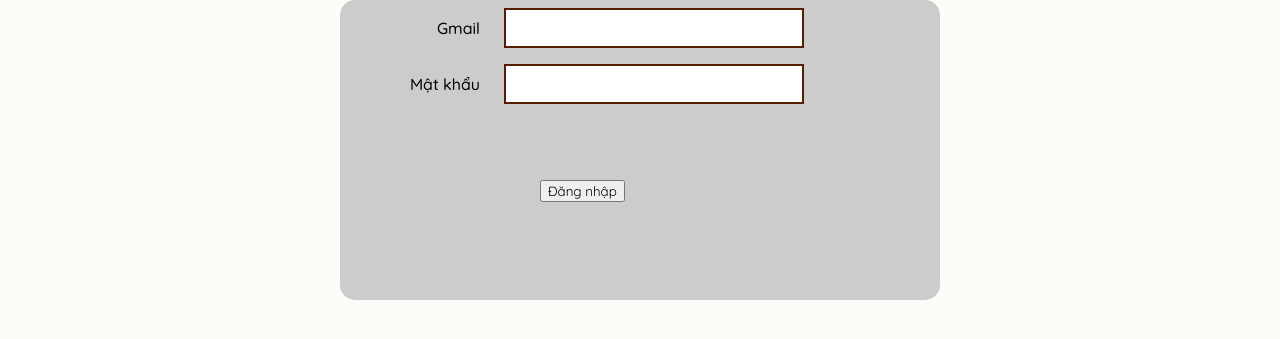
Repository: nganha241/store
Page: register.html
An editor plug-in stored every save of this project. The page is shown before and after the next save, followed by the edit.
The browser window is 1280 px wide. The pictures show the whole page.

Above is the page before, as saved 2022-04-23 08:30:36.

### register.html
<!DOCTYPE html>
<html lang="en">
  <head>
    <meta charset="UTF-8" />
    <meta http-equiv="X-UA-Compatible" content="IE=edge" />
    <meta name="viewport" content="width=device-width, initial-scale=1.0" />
    <title>Document</title>
    <link rel="stylesheet" href="style.css" />
  </head>
  <body>
    <div class="container">
      <div class="register">
        <form>
          <div>
            <label>Gmail</label>
            <input type="text" />
          </div>
          <div>
            <label>Mật khẩu</label>
            <input type="text" />
          </div>
          <button type="submit">Đăng nhập</button>
        </form>
      </div>
    </div>
  </body>
</html>

### style.css
@import url('https://fonts.googleapis.com/css2?family=Quicksand:wght@300;400;500;600;700&family=Space+Grotesk:wght@300;400&display=swap');

* {
    font-family: 'Quicksand', sans-serif;
    box-sizing: border-box;
}

body {
    background: #fdfcf9;
    position: relative;
    height: auto;
    padding: 0;
    margin: 0;
}

a {
    text-decoration: none;
}

li {
    list-style: none;
}

.header {
    padding: 40px 80px;
}

.header .tools {
    display: flex;
    justify-content: flex-end;
    gap: 15px;
    height: 50px;
}

.header .tools .notification,
.header .tools .account,
.header .tools .cart {
    cursor: pointer;
}

.header .tools .fa-solid {
    font-size: 22px;
    color: #ae582d;
}

.header .tools .cart {
    position: relative;
}

.header .tools .cart .cart-info {
    position: absolute;
    background: #af7355;
    right: -20px;
    top: 30px;
    z-index: 1;
    padding: 20px;
    color: #fff;
    display: none;
    border-radius: 15px;
    animation: dropdown 0.4s ease;
}

.header .tools .cart:hover .cart-info {
    display: block;
}

.header .tools .cart .cart-info .cart-card {
    width: 400px;
    height: 50px;
    margin-top: 10px;
    display: flex;
    justify-content: space-between;
    transition: 0.4s;
}

.header .tools .cart .cart-info .cart-card:hover {
    background:rgba(255, 255, 255, 0.4);
    transition: 0.4s;
}

.header .tools .cart .cart-info .cart-card .cart-card-img img {
    width: 100%;
    height: 100%;
    object-fit: cover;
}

.header .tools .cart .cart-info .cart-card .cart-pro-name {
    text-overflow: ellipsis;
    white-space: nowrap;
    overflow: hidden;
   width: 250px;
}

.header .tools .cart .cart-info .cart-card-footer {
    display: flex;
    justify-content: space-between;
    margin-top: 10px;
}

.header .tools .cart .cart-info .cart-card-footer>p {
    cursor: auto;
}

.header .tools .cart .cart-info .cart-card-footer>button {
    margin-top: 5px;
    height: 35px;
    border-radius: 5px;
    border: 0;
    font-size: 16px;
    font-weight: 500;
    cursor: pointer;
    transition: 0.4s;
}

.header .tools .cart .cart-info .cart-card-footer>button:hover {
    background: rgba(255, 255, 255, 0.7);
}

.header .tools .account span .fa-solid{
    font-size: 18px;
    color: #111;
    margin-left: 10px;
    margin-right: 15px;
}

.header .tools .account:hover .fa-solid{
    color: #ae582d;
}

.header .tools .account {
    position: relative;
}

.header .tools .account span {
    font-weight: 600;
}

.header .tools .account .acc-info {
    width: 180px;
    position: absolute;
    height: auto;
    background: #af7355;
    text-align: left;
    top: 15px;
    left: -30px;
    display: none;
    animation: dropdown 0.4s ease;
    z-index: 1;
    border-radius: 15px;
}

.header .tools .account:hover .acc-info{
    display: block;
}

.header .tools .account .acc-info li {
    padding: 10px 0;
    color: #fff;
    margin-left: -13px;
    transition: .4s;
}

.header .tools .account .acc-info li:hover {
    transform: scale(1.1);
}

.header hr {
    background: #48503c;
    margin-top: -20px;
}

.header nav {
    display: flex;
    width: 100%;
}

.header nav .logo {
    width: 50%;
    padding-top: 20px;
}

.header nav .logo a{
    font-family: 'Space Grotesk', sans-serif;
    font-size: 30px;
    color: #48503c;
    font-weight: 100;

}

.header nav .logo a:hover {
    color: #111;
}

.header nav .menu {
    display: flex;
    gap: 15px;
    padding-top: 7px;
    justify-content: flex-end;
    width: 50%;
}

.header nav .menu>li {
    float: left;
    font-size: 18px;
    position: relative;
    height: 50px;
}

.header nav .menu>li::before {
    content: "";
    position: absolute;
    width: 90%;
    height: 3px;
    top: 30px;
    right: -3px;
    background-color: #551e02;
    opacity: 0;
    transition: 0.6s;
}

.header nav .menu>li:hover::before{
    opacity: 1;
    transition: 0.6s;
}

.header nav .menu>li>a {
    color: #48503c;
    display: block;
    padding: 6px 0px 0px 15px;
}

.header nav .menu>li:hover>a {
    color: #111;
}

.header nav .menu>li .menu-child {
    margin-top: 10px;
    margin-left: -50px;
    width: 180px;
    padding-top: 10px;
    padding-bottom: 15px;
    background: #af7355;
    border-radius: 15px;
    text-align: left;
    position: absolute;
    display: none;
    animation: dropdown .3s ease;
    z-index: 1;
}

.header nav .menu>li:hover .menu-child{
    display: block;
}

.header nav .menu>li .menu-child>li {
    margin-top: 10px;
}

.header nav .menu>li .menu-child>li>a {
    transition: 0.4s;
    color: #fff;
}

.header nav .menu>li .menu-child>li:hover>a{
    display: inline;
    text-decoration: underline;
    transition: 0.4s;
}

@keyframes dropdown {
    0% {
        opacity: 0;
        transform: translateY(18px);
    }
    100% {
        opacity: 1;
        transform: none;
    }
}

.header .banner {
    width: 100%;
    height: 600px;
    display: flex;
    align-items: center;
    margin-top: 30px;
    position: relative;
}

.header .banner .slogan {
    width: 50%;
    padding-left: 60px;
    padding-right: 20px;
}

.header .banner .slogan h4 {
    color: #ae582d;
    font-family: 'Space Grotesk', sans-serif;
    font-size: 60px;
    font-weight: 200;
}

.header .banner .slogan p {
    font-size: 20px;
    color: #515a54;
    margin-top: -50px;
}

.header .banner .img-banner{
    width: 50%;
    height: 100%;
}

.header .banner .img-banner img {
    width: 100%;
    height: 100%;
    object-fit: cover;
    border-top-left-radius: 100px;
    border-bottom-right-radius: 100px;
    transition: all 0.5s ease;
}

.section {
    height: auto;
    margin-top: 100px;
    padding: 0 80px;
}

.section .into-title {
    margin-top: 100px;
    text-align: center;
}

.section .into-title h1 {
    font-family: 'Space Grotesk', sans-serif;
    font-size: 50px;
}

.section .intro {
    display: flex;
    flex-wrap: wrap;
    justify-content: space-between;
    margin-bottom: 100px;
    margin-top: 80px;
    gap: 10px;
}

.section .intro .intro-card .intro-img {
    width: 200px;
    height: 200px;
}

.section .intro .intro-card .intro-img img {
    width: 100%;
    height: 100%;
    border-radius: 50%;
}

.section .title{
    height: auto;
    width: 200px;
    background: #f4e9c7;
    text-align: center;
    margin-bottom: -15px;
}

.section .title h2 a{
    font-size: 30px;
    color: #48503c;
    font-weight: 200;
}

.products {
    display: flex;
    flex-wrap: wrap;
    justify-content: space-between;
    row-gap: 30px;
    padding: 30px 10px;
    background: rgb(244, 239, 239);
}

.products .card {
    width: 250px;
    height: 400px;
    background: #fdfcf9;
    cursor: pointer;
    transition: 0.4s;
    position: relative;
}

.products .card:hover {
    transform: scale(1.1 , 1.1);
    background: rgba(255, 255, 255, 0.4);
}

.products .card .pro-img {
    height: 330px;
}

.products .card .pro-img img{
    width: 100%;
    height: 100%;
    object-fit: cover;
}

.products .card .pro-sale-tag {
    position: absolute;
    top: -10px;
    left: -5px;
    background: #ae582d;
    width: 70px;
    height: 35px;
    font-size: 25px;
    color: #fff;
    font-weight: 500;
}

.products .card .pro-sale-tag::before{
    content: "";
    width: 5px;
    height: 6px;
    background-color: #551e02;
    position: absolute;
    left: 0px;
    top: 34.5px;
    clip-path: polygon(0 0, 100% 0, 100% 100%);
}

.products .card .pro-new-tag {
    position: absolute;
    top: 0;
    right: 5px;
    background: #af7355;
    width: 50px;
    height: 40px;
    font-size: 20px;
    color: #fff;
    font-weight: 500;
    clip-path: polygon(0 75%, 0 0, 100% 0, 100% 75%, 50% 100%);
}

.products .card .pro-name {
    font-size: 18px;
    text-overflow: ellipsis;
    white-space: nowrap;
    overflow: hidden;
}

 .products .card .pro-price {
    font-size: 15px;
}

 .products .card .add-cart {
    margin-top: -220px;
}

.products .card .add-cart button{
    opacity: 0;
    height: 40px;
    background: #af7355;
    border: 0;
    cursor: pointer;
    transition: 0.4s;
    color: #fff;
    margin-left: 85px;
}

.products .card:hover .add-cart button {
    transition: 0.4s;
    opacity: 1;
}

.products .card .add-cart button:hover {
    transform: scale(1.1);
    background: #ae582d;
}

.about-us {
    margin-top: 100px;
}

.about-img {
    height: 400px;
}

.about-img img{
    width: 100%;
    height: 100%;
    object-fit: cover;
}

.about-us .about-text {
    padding: 40px 140px;
    text-align: center;
    color: #515a54;
}

.about-us .about-text h5 {
    font-size: 20px;
    font-weight: 500;
}

.about-us .about-text p {
    line-height: 1.6;
    font-size: 15px;
}

.section .featured {
    height: auto;
    margin-top: 100px;
    position: relative;
}

.section .featured .list-slider {
    background: rgb(244, 239, 239);
}

.section .featured .list-slider .slide {
    display: none;
}

.section .featured .list-slider .slide.show {
    display: block;
    transition: 0.4s;
}

.section .featured .list-slider .slide .fade {
    height: 400px;
    display: flex;
    /* gap: 30px; */
    justify-content: space-between;

}

.section .featured .list-slider .slide .fade .featured-img {
    width: 60%;
}

.section .featured .list-slider .slide .fade .featured-img img{
    height: 100%;
    width: 100%;
    object-fit: cover;
    transition: 0.5s;
}

.section .featured .list-slider .slide:hover .fade .featured-img img{
    transform: translate(0, -42px);
}

.section .featured .list-slider .slide .fade .featured-more {
    text-align: center;
    padding-top: 150px;
    line-height: 1.8;
}

.section .featured .list-slider .slide .fade .featured-more .featured-name {
    font-size: 25px;
    text-overflow: ellipsis;
    white-space: nowrap;
    overflow: hidden;
    width:250px;
    transition: 0.4s;
}

.section .featured .list-slider .slide .fade .featured-more .featured-price {
    font-size: 18px;

}

.section .featured .list-slider .slide .fade .featured-more .featured-sold {
    font-size: 18px;
}

.section .featured .list-slider .slide .fade .featured-more .featured-sold span {
    margin-left: 10px;
}

.section .featured .list-slider .slide .fade .featured-choose {
    height: 400px;
    width: 60px;
    background: #ae582d;
    opacity: 0;
    transition: 0.4s;
    writing-mode: vertical-rl;
    text-orientation: mixed;
    text-align: center;
    font-size: 30px;
    color: #fff;
    cursor: pointer;
    padding-right: 10px;
}

.section .featured .list-slider .slide .fade:hover .featured-choose {
    opacity: 1;
    transition: 0.6s;
}

.section .featured .list-slider .slide .fade .featured-choose .fas {
    transition: 0.6s;
}

.section .featured .list-slider .slide .fade .featured-choose:hover .fas {
    margin-top: 20px;
    transform: scale(1.5 , 1.5);
    transition: 0.4s;
}

.section .featured .featured-button {
    position: absolute;
    top: 50%;
    font-size: 60px;
    color: #515a54;
    cursor: pointer;
    transition: 0.4s;
}

.section .featured .featured-button.pre {
    left: -40px;
    transition: 0.4s;
}

.section .featured .featured-button.next {
    right: -40px;
    transition: 0.4s;
}

.section .featured .featured-button.pre:hover,
.section .featured .featured-button.next:hover {
    color: #ae582d;
    transform: scale(1.2);

}

.section .sale {
    margin-top: 100px;
}

.section .sale-banner {
    display: flex;
    justify-content: space-between;
    height: 350px;
    gap: 10px;
}

.section .sale .sale-banner .sale-img {
    width: 50%;
}

.section .sale .sale-banner .sale-img img{
    width: 100%;
    height: 100%;
    object-fit: cover;
}

.detail .related-products,
.section .sale .sale-products {
    position: relative;
    transition: 0.4s;
}

.detail .related-products .related-control,
.section .sale .sale-products .sale-control {
    position: absolute;
    top: 50%;
    transform: translateY(-20px);
    font-size: 40px;
    color: #ae582d;
    cursor: pointer;
}


.detail .related-products .related-control.related-pre,
.section .sale .sale-products .sale-control.sale-pre {
    left: 16px;
    z-index: 1;
}


.detail .related-products .related-control.related-next,
.section .sale .sale-products .sale-control.sale-next {
    right: 10px;
}


.detail .related-products .related-card,
.section .sale .sale-products .sale-card{
    display: flex;
    justify-content: space-between;
    align-items: center;
    gap: 10px;
    height: 400px;
    overflow: hidden;
    padding-left: 10px;
}

.detail .related-products .related-card .related-box,
.section .sale .sale-products .sale-card .sale-box{
    width: 210px;
    height: 280px;
    position: relative;
    transition: 0.4s;
    cursor: pointer;
}

.detail .related-products .related-card .related-box .tag-sale,
.section .sale .sale-products .sale-card .sale-box .tag-sale {
    background: #ae582d;
    position: absolute;
    top: -10px;
    width: 60px;
    height: 30px;
    left: -5px;
    text-align: center;
}

.detail .related-products .related-card .related-box .tag-sale p,
.section .sale .sale-products .sale-card .sale-box .tag-sale p {
    display: inline;
    font-size: 20px;
    color: #fff;
    font-weight: 600;
}

.detail .related-products .related-card .related-box .tag-sale::before,
.section .sale .sale-products .sale-card .sale-box .tag-sale::before {
    content: '';
    background-color: #551e02;
    display: inline-block;
    width: 5px;
    height: 5px;
    position: absolute;
    bottom: -5px;
    right: 55px;
    clip-path: polygon(0 0, 100% 0, 100% 100%);
}

.detail .related-products .related-card .related-box img,
.section .sale .sale-products .sale-card .sale-box img {
    width: 100%;
    height: 100%;
    object-fit: cover;
}

.detail .related-products .related-card .related-box:hover,
.section .sale .sale-products .sale-card .sale-box:hover {
    transform: scale(0.9);
    color: #111;
}

.detail .related-products .related-card .related-box .related-name,
.section .sale .sale-products .sale-card .sale-box .sale-name {
    text-overflow: ellipsis;
    white-space: nowrap;
    overflow: hidden;
}

.detail .related-products .related-card .related-box .related-name a,
.section .sale .sale-products .sale-card .sale-box .sale-name a{
    color: #48503c;
    font-weight: 500;
}

.detail .related-products .related-card .related-box .related-price,
.section .sale .sale-products .sale-card .sale-box .sale-price {
    font-size: 14px;
    color: #48503c;
}

.footer {
    width: auto;
    font-weight: 500;
    background: rgb(244, 239, 239);
    margin-top: 100px;
    display: flex;
    justify-content: space-around;
    align-items: center;
}

.footer .infomation>ul>li {
    margin-bottom: 10px;
}

.footer .infomation>ul>li>span {
    margin-left: 10px;
}

.footer .menu-footer>ul>li {
    margin-bottom: 5px;
    transition: 0.4s;
}

.footer .menu-footer>ul>li>a {
    color: #111;
}

.footer .menu-footer>ul>li:hover {
    transform: scale(1.1);
    transition: 0.4s;
}

.footer .coppyright {
    padding-top: -200px;
}

.footer .support>input{
    border: 2px solid #551e02;
    height: 30px;
}

.footer .support>button {
    border: 0;
    background: #ae582d;
    height: 30px;
    color: #fff;
    cursor: pointer;
    transition: .4s;
}

.footer .support>button:hover {
    transform: scale(1.1);
}


/* SHOP */
.container {
    padding: 0 80px;
}
.container .search {
    text-align: center;
    height: 40px;
    font-size: 18px;
    margin-top: -30px;
}

.container .search>input {
    width: 800px;
    height: 100%;
    border: 2px solid #551e02;
    padding: 0 10px;
}

.container .search>input:focus {
    outline: none;
}

.container .search>button {
    height: 100%;
    width: 60px;
    margin-left: -6px;
    background: #551e02;
    border: 0;
}

.container .search>button .fa {
    color: #fff;
}

.container .shop-content {
    margin-top: 50px;
    display: flex;
    width: 100%;
}

.container .shop-content .filter {
    width: 65%;
}

.container .shop-content .filter h5{
    font-size: 17px;
}

.container .shop-content .filter ul {
    margin-left: -30px;
    margin-top: -10px;
}

.container .shop-content .filter ul li {
    margin-top: 10px;
}

.container .shop-content .shop-products .products {
    background: #fdfcf9;
}

.container .shop-content .shop-products .products .card {
    height: 280px;
    width: 200px;
    background: rgb(243, 241, 241);
}

.container .shop-content .shop-products .products .card .pro-img {
    height: 230px;
}

.container .detail .detail-product {
    display: flex;
}

.container .detail .detail-product .detail-img {
    width: 400px;
}

.container .detail .detail-product .detail-img .img-main{
    height: 500px;
    position: relative;
}

.container .detail .detail-product .detail-img .img-main img {
    width: 100%;
    height: 100%;
    object-fit: cover;
}

.container .detail .detail-product .detail-img .img-child {
    margin-top: 10px;
    height: 80px;
    display: flex;
    gap: 10px;
    cursor: pointer;
    overflow: hidden;
}

.container .detail .detail-product .detail-img .img-child  img {
    width: calc(400px / 5);
    height: 100%;
    object-fit: cover;
}

.container .detail .detail-product .detail-img .detail-img-slide {
    position: relative;
}

.container .detail .detail-product .detail-img .detail-img-slide .detail-control {
    position: absolute;
    top: 40%;
    font-size: 20px;
    color: #ae582d;
    transition: 0.2s;
}

.container .detail .detail-product .detail-img .detail-img-slide .detail-control:hover {
    transform: scale(1.1);
}

.container .detail .detail-product .detail-img .detail-img-slide .detail-control.detail-next {
    right: 0;
}

.container .detail .detail-product .detail-info {
    margin-left: 50px;
    font-weight: 500;
}

.container .detail .detail-product .detail-info>ul>li {
    margin-bottom: 20px;
}

 .detail .detail-product .detail-info .detail-name {
    font-size: 40px;
}


.detail .detail-info .detail-price {
    font-size: 45px;
    color: #551e02;
}

.detail .detail-info .detail-color button,
.detail .detail-info .detail-size button{
    height: 30px;
    background: none;
    border: 1px solid #ccc;
    cursor: pointer;
    line-height: 1.4;
}

.detail .detail-info .detail-color button.active,
.detail .detail-info .detail-size button.active {
    border:  1px solid #ae582d;
    background: #f4e9c7;
}

.detail .detail-info .detail-color button:hover,
.detail .detail-info .detail-size button:hover {
    border: 1px solid #ae582d;
}

.detail .detail-info .detail-color button:nth-child(1),
.detail .detail-info .detail-size button:nth-child(1) {
    margin-left: 20px;
}

 .detail .detail-product .detail-info .detail-quantity {
    display: flex;
    align-items: center;
}

.detail .detail-product .detail-info .detail-quantity .quantity-pre {
    margin-left: 20px;
}

 .detail .detail-product .detail-info .detail-quantity .quantity-pre,
.detail .detail-product .detail-info .detail-quantity .quantity,
 .detail .detail-product .detail-info .detail-quantity .quantity-next {
    width: 30px;
    height: 30px;
    border: 1px solid #ccc;
    text-align: center;
    cursor: pointer;
}

 .detail .detail-product .detail-info .detail-quantity .quantity {
    width: 50px;
    cursor: default;
}

.detail .detail-product .detail-info .ship .fas,
.detail .detail-product .detail-info .return .fas {
    color: #551e02;
    margin-right: 5px;
}

.detail .detail-product .detail-info .detail-choose button{
    height: 40px;
    font-size: 18px;
    cursor: pointer;
}

.detail .detail-product .detail-info .detail-choose .detail-add {
    border: 1px solid #ae582d;
    background: #f4e9c7;
    color: #ae582d;
}

.detail .detail-product .detail-info .detail-choose .detail-add:hover {
    background: rgba(244, 218, 207, 0.8);
}

.detail .detail-product .detail-info .detail-choose .buy {
    background: rgba(161, 58, 7, 0.9);
    border: none;
    margin-left: 10px;
    color: #fff;
}

.detail .detail-product .detail-info .detail-choose .buy:hover {
    background: #ae582d;
}

.detail .detail-description {
    margin-top: 100px;
    margin-bottom: 50px;
    line-height: 1.8;
}

.detail h2 {
    margin-bottom: -30px;
}

.detail .pro-new-tag{
    position: absolute;
    top: 0;
    right: 5px;
    background: #af7355;
    width: 50px;
    height: 40px;
    font-size: 20px;
    color: #fff;
    font-weight: 500;
    clip-path: polygon(0 75%, 0 0, 100% 0, 100% 75%, 50% 100%);
}

.container .profile {
    display: flex;
    justify-content: space-around;
    font-weight: 500;
}

.container .profile .active {
    width: 20%;
    background: rgba(231, 195, 178, 0.9);
    border-radius: 15px;
    height: 220px;
}

.container .profile .active .list {
    padding: 50px;
}

.container .profile .active .list i {
    margin-right: 5px;
}
.container .profile .active ul>li>i {
    margin-right: 10px;
}

.container .profile .active a {
    color: #111;
}

.container .profile .active li:hover {
    color: #551e02;
}

.container .profile .active .list .name,
.container .profile .active .list .order {
    cursor: pointer;
    margin-bottom: 10px;
}

.container .profile .my-profile {
    width: 60%;
    /* height: 400px; */
    background: rgba(231, 195, 178, 0.9);
    border-radius: 15px;
    position: relative;
}

.container .profile .my-profile .list-detail {
    padding: 40px;
}

.container .register form,
.container .profile .my-profile .list-detail .name  form{
    line-height: 3.5;
}

.container .register label,
.container .profile .my-profile .list-detail .name label{
    display: inline-block;
    width: 140px;
    text-align: right;
    margin-right: 20px;
}

.container .profile .my-profile .list-detail .name input {
    width: 350px;
    height: 40px;
    border: 2px solid #551e02;
    font-size: 17px;
    padding: 0 10px;
}

.container .register input:focus,
.container .profile .my-profile .list-detail .name input:focus{
    outline: none;
}

.container .profile .my-profile .list-detail .name  form button {
    margin-left: 90px;
    height: 35px;
    width: 50px;
    font-size: 17px;
    background:  #551e02;
    border: none;
    color: #fff;
    cursor: pointer;
}

.container .profile .my-profile .list-detail .order .order-box{
    display: flex;
    gap: 25px;
    position: relative;
    margin-bottom: 20px;
}

.container .profile .my-profile .list-detail .order .order-box .img {
    width: 100px;
    height: 100px;
}

.container .profile .my-profile .list-detail .order .order-box img {
    width: 100%;
    height: 100%;
    object-fit: cover;
}

.container .profile .my-profile .list-detail .order .order-box .div {
    line-height: 1.8;
    width: 80%;
}

.container .profile .my-profile .list-detail .order .order-box .div::after {
    content: "";
    width: 100%;
    height: 2px;
    background: #48503c;
    position: absolute;
    bottom: -10px;
    /* margin-top: 20px; */
    left: 0;
}

.container .profile .my-profile .list-detail .order .order-box .pro-name {
    font-size: 20px;
}

.container .profile .my-profile .list-detail .order .order-box .total {
    text-align: right;
    margin-top: -28px;
}

.container .profile .my-profile .list-detail .order .order-box .status {
    color: red;
}

.show {
    display: block;
}

.hide {
    display: none;
}

.container .register {
    width: 600px;
    height: 300px;
    border-radius: 15px;
    background: #ccc;
    margin: 0 auto;
    font-weight: 500;
}

.container .register input {
    width: 300px;
    height: 40px;
    font-size: 17px;
    padding: 0 15px;
    border: 2px solid #551e02;
}

.container .register button {
    transform: translate(200px,50px);
}

After the next save:
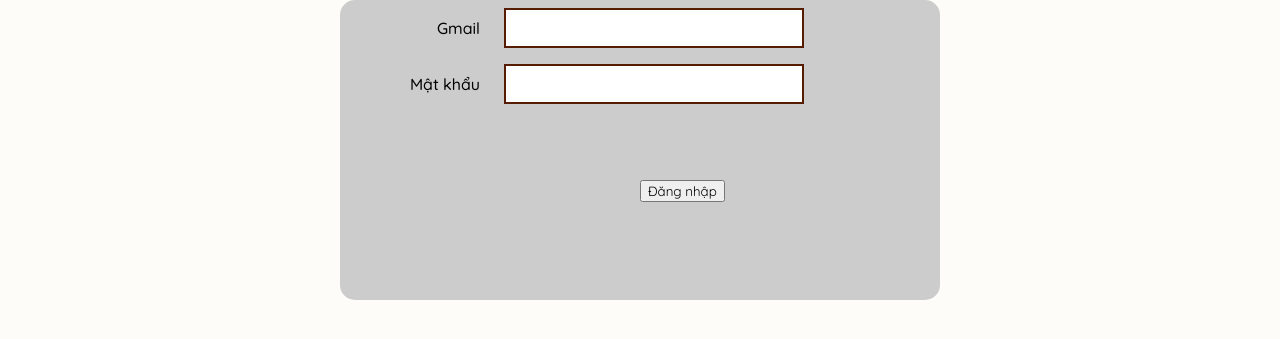
Saved 5 s later.
--- a/style.css
+++ b/style.css
@@ -1230,5 +1230,5 @@ li {
 }
 
 .container .register button {
-    transform: translate(200px,50px);
-}
+    transform: translate(300px,50px);
+}
